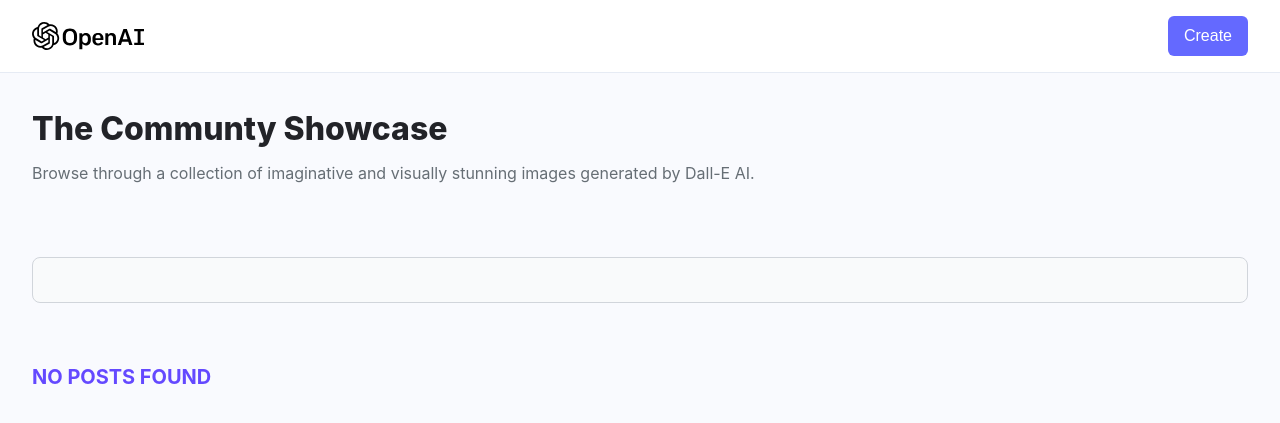
Repository: TheHumanistX/MERN-dall-e
Page: / (app in client/)
An editor plug-in stored every save of this project. The page is shown before and after the next save, followed by the edit.
The browser window is 1280 px wide. The pictures show the whole page.
The page's requests for data from a server got no answer. Some web fonts or font styles are not loaded; a fallback is used. The project was rebuilt for these pictures with package versions that can differ from the ones it lists, and the page was loaded fresh each time. No one was signed in, and anything a server would have sent is missing. Also part of the build but not shown: client/vite.config.js, client/src/App.css, client/src/constants/index.js, client/src/utils/index.js, client/src/components/Card.jsx, client/src/pages/CreatePost.jsx.

Above is the page before, as saved 2023-08-11 16:55:36.

After the next save:
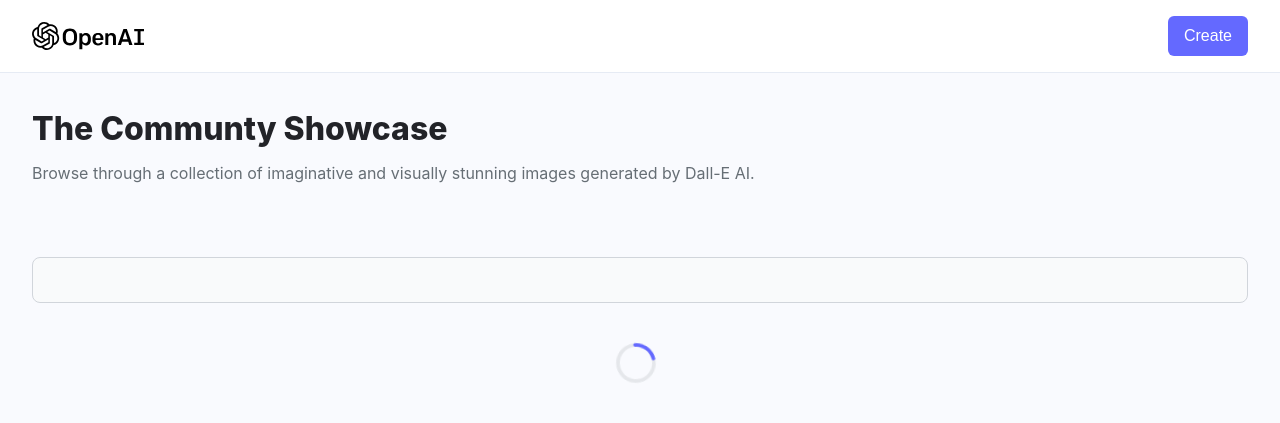
Saved 2 min 10 s later.
--- a/client/src/pages/Home.jsx
+++ b/client/src/pages/Home.jsx
@@ -23,7 +23,16 @@
         const fetchPosts = async () => {
             setLoading(true)
             try {
+                const response = await fetch('http://localhost:8080/api/v1/post', {
+                    method: 'GET',
+                    headers: {
+                        'Content-Type': 'application/json'
+                    }
+                })
 
+                if(response.ok) {
+                    const result = await response.json();
+                }
             } catch (err) {
 
             } finally {

After the 4 saves that followed:
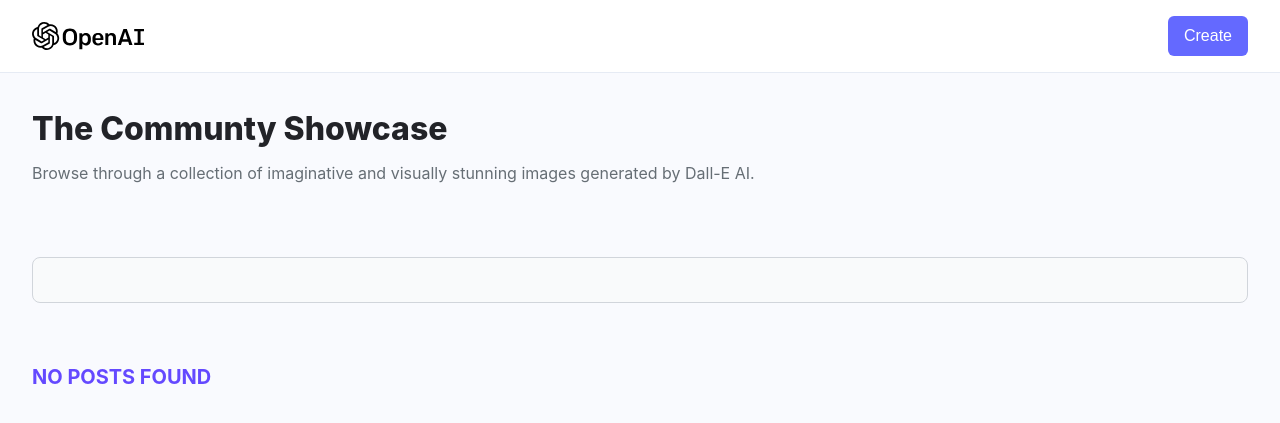
The 4 saves are shown as one change because 3 left the picture as it was.
The last was saved 2 min 37 s later.
--- a/client/src/pages/Home.jsx
+++ b/client/src/pages/Home.jsx
@@ -32,16 +32,19 @@
 
                 if(response.ok) {
                     const result = await response.json();
+
+                    setAllPosts(result.data.reverse())
                 }
             } catch (err) {
-
+                console.error('Error fetching showcase images: ', err)
+                alert('Error fetching showcase images. More information in console.')
             } finally {
                 setLoading(false)
             }
         }
 
         fetchPosts();
-    })
+    }, [])
 
     return (
         <section className='max-w-7xl mx-auto'>
@@ -80,7 +83,7 @@
                             :
                             (
                                 <RenderCards
-                                    data={[]}
+                                    data={allPosts}
                                     title='No posts found'
                                 />
                             )}
